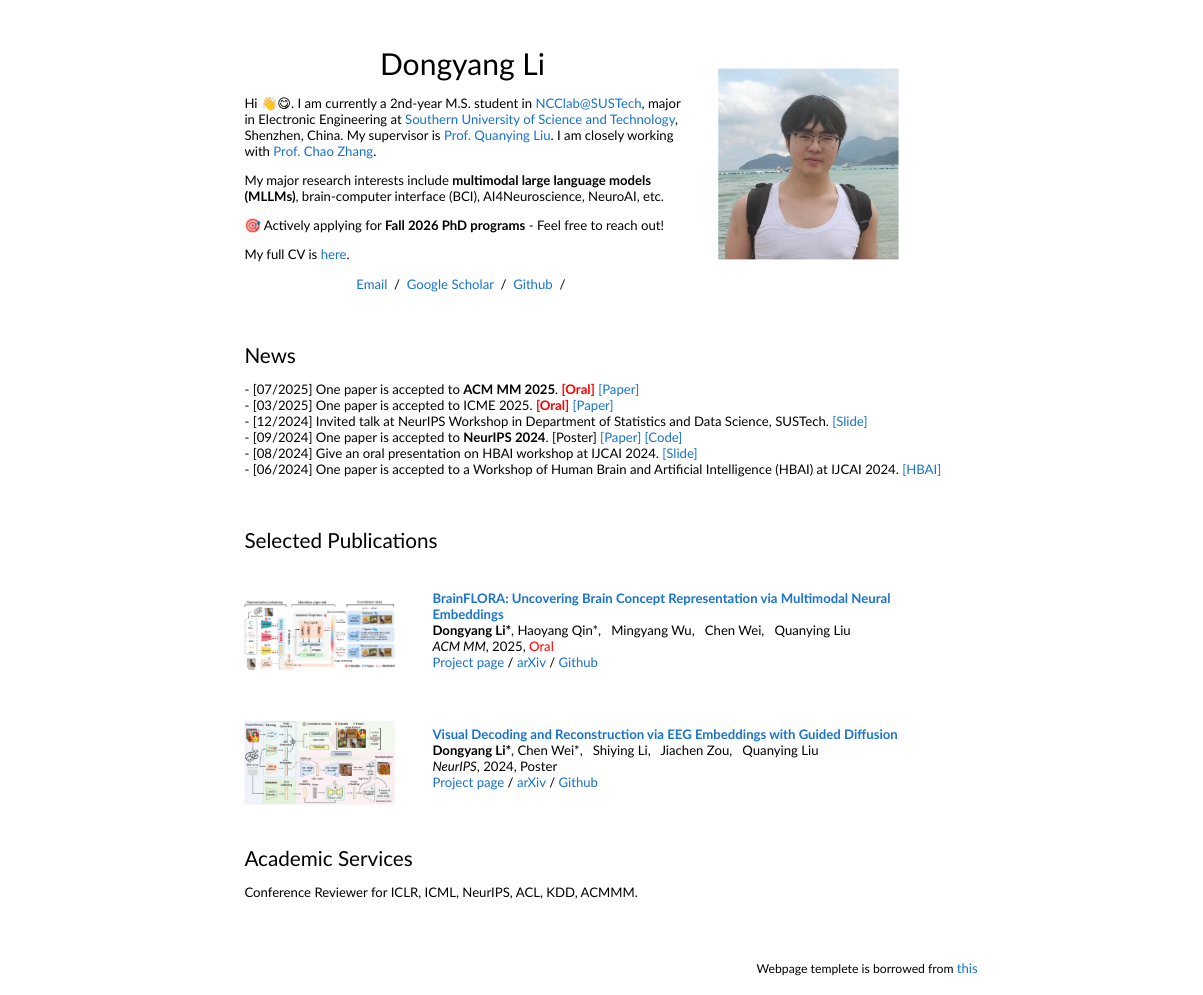
Repository: dongyangli-del/dongyangli-del.github.io
Page: index.html
An editor plug-in stored every save of this project. The page is shown before and after a run of saves, followed by the edit.
The browser window is 1280 px wide. The pictures show the whole page, at 94% of full size.

Above is the page before, as saved 2025-07-12 21:14:25.

### index.html
<!DOCTYPE HTML>
<html lang="en">
  <head>

    <meta http-equiv="Content-Type" content="text/html; charset=UTF-8">

    <title>Dongyang Li</title>

    <meta name="author" content="Dongyang Li">
    <meta name="viewport" content="width=device-width, initial-scale=1">

    <link rel="stylesheet" type="text/css" href="stylesheet.css">
    <link rel="icon" href="data:[embedded picture, 141 characters]">
  </head>

  <body>
    <!-- <div class="content">
      <table style="width:100%;border:0px;border-spacing:0px;border-collapse:separate;margin-right:auto;margin-left:auto;"><tbody>
        <tr style="padding:0px">
          <td style="padding:2.5%;width:63%;vertical-align:middle">
            <p class="name" style="text-align: center;">
              Dongyang Li
            </p>

            </p>
            <p>

            </p>
            <p style="text-align:center">
            </p>
          </td>
          <td style="padding:2.5%;width:40%;max-width:40%">
            <a href="myassets/profile.jpg"><img style="width:100%;max-width:100%" alt="profile photo" src="myassets/profile.jpg" class="hoverZoomLink"></a>
          </td>
        </tr>
      </tbody></table>
    </div> -->
    <table style="width:100%;max-width:800px;border:0px;border-spacing:0px;border-collapse:separate;margin-right:auto;margin-left:auto;"><tbody>
      <tr style="padding:0px">
        <td style="padding:0px">
          <table style="width:100%;border:0px;border-spacing:0px;border-collapse:separate;margin-right:auto;margin-left:auto;"><tbody>
            <tr style="padding:0px">
              <td style="padding:2.5%;width:63%;vertical-align:middle">
                <p class="name" style="text-align: center;">
                  Dongyang Li
                </p>
                <p>
                  Hi 👋😋.
                  I am currently a 2nd-year M.S. student in <a href="https://faculty.sustech.edu.cn/?tagid=liuqy&iscss=1&snapid=1&orderby=date&go=1">NCClab@SUSTech</a>, major in Electronic Engineering at <a href="https://www.sustech.edu.cn/en/">Southern University of Science and Technology</a>, Shenzhen, China.
                  My supervisor is <a href="https://www.sustech.edu.cn/zh/faculties/liuquanying.html">Prof. Quanying Liu</a>. I am closely working with <a href="https://mi.eng.cam.ac.uk/~cz277/">Prof. Chao Zhang</a>.
                </p>
                <p>
                  My major research interests include <strong>multimodal large language models (MLLMs)</strong>, brain-computer interface (BCI), AI4Neuroscience, NeuroAI, etc.
                </p>
                <p>🎯 Actively applying for <strong>Fall 2026 PhD programs</strong> - Feel free to reach out!</p>
                <p>
                  My full CV is <a href="https://dongyangli-del.github.io/files/Dongyang_Li_CV.pdf">here</a>.
                </p>
                <p style="text-align:center">
                  <a href="lidy2023@mail.sustech.edu.cn">Email</a> &nbsp;/&nbsp;
                  <a href="https://scholar.google.com/citations?user=4VTOeU4AAAAJ&hl=zh-CN&oi=ao">Google Scholar</a> &nbsp;/&nbsp;
                  <a href="https://github.com/dongyangli-del">Github</a> &nbsp;/&nbsp;
                  <!-- <a href="https://www.linkedin.com/in/yingqing-he-6b2859168/">LinkedIn</a> -->
                </p>
              </td>
              <td style="padding:2.5%;width:40%;max-width:40%">
                <a href="myassets/profile.jpg"><img style="width:75%;max-width:100%" alt="profile photo" src="myassets/profile.jpg" class="hoverZoomLink"></a>
              </td>
            </tr>
          </tbody></table>

          <table style="width:100%;border:0px;border-spacing:0px;border-collapse:separate;margin-right:auto;margin-left:auto;"><tbody>
            <tr>
            <td style="padding:20px;width:100%;vertical-align:middle">
              <h2>News</h2>
              <p>
                - [07/2025] One paper is accepted to <strong>ACM MM 2025</strong>. <span style="color: red; font-weight: bold;">[Oral]</span> <a href="https://arxiv.org/pdf/2410.23754">[Paper]</a><br>

                - [03/2025] One paper is accepted to ICME 2025. <span style="color: red; font-weight: bold;">[Oral]</span> <a href="https://arxiv.org/pdf/2410.23754">[Paper]</a><br>

                - [12/2024] Invited talk at NeurIPS Workshop in Department of Statistics and Data Science, SUSTech. <a href="https://dongyangli-del.github.io/files/DongyangLi-20241201.pdf">[Slide]</a><br>

                - [09/2024] One paper is accepted to <strong>NeurIPS 2024</strong>. [Poster] <a href="https://arxiv.org/abs/2403.07721">[Paper]</a> <a href="https://github.com/dongyangli-del/EEG_Image_decode">[Code]</a> <br>

                - [08/2024] Give an oral presentation on HBAI workshop at IJCAI 2024. <a href="https://dongyangli-del.github.io/files/HBAI_2024_DongyangLi.pdf">[Slide]</a><br>

                - [06/2024] One paper is accepted to a Workshop of Human Brain and Artificial Intelligence (HBAI) at IJCAI 2024. <a href="https://hbai2024.github.io/">[HBAI]</a><br>

                <!-- - [10/2024] <font style="color: #d07c22">Invited talk</font> at <a href="https://venue-tutorial.github.io/">ECCV 2024 VENUE (Recent Advances in Video Content Understanding and Generation) Tutorial</a>
                 on the topic of <i>"LLMs Meet image and video generation"</i>.
                 The slides are available at our <a href="https://github.com/YingqingHe/Awesome-LLMs-meet-Multimodal-Generation/blob/main/ECCV2024-VENUE-Tutorial-Slides-LLM-Meet-Image-and-Video-Generation.pdf">Github repo</a>.<br>
                - [08/2024] <font style="color: #d07c22">Invited talk</font> at <a href="https://hunyuan.tencent.com/">Tencent Hunyuan</a>
                 on the topic of <i>"LLMs Meet Multimodal Generation and Editing"</i><br>
                - [08/2024] 1 paper was accepted to <font style="color: #D8429E">ECCV 2024 AI4VA Workshop</font>.<br>
                - [07/2024] 1 paper was accepted to <font style="color: #D8429E">SIGGRAPH Asia 2024</font>.<br>
                - [07/2024] 1 paper was accepted to <font style="color: #D8429E">ECCV 2024</font>.<br>
                - [05/2024] We released a survey paper: <a href="https://arxiv.org/abs/2405.19334">LLMs Meet Multimodal Generation and Editing: A Survey</a>.<br>
                - [03/2024] <font style="color: #d07c22">Invited talk</font> at <a href="https://www.meituan.com/">Meituan</a> on the topic of <i>"Recent Advance of Text-to-Video Generation"</i>.<br>
                - [03/2024] 1 paper was accepted to <font style="color: #D8429E">CVPR 2024</font>.<br>
                - [02/2024] 1 paper was accepted to <font style="color: #D8429E">TVCG 2024</font>.<br>
                - [01/2024] 2 papers were accepted to <font style="color: #D8429E">ICLR 2024</font> (including 1 Spotlight paper).<br>
                - [12/2023] 1 paper was accepted to <font style="color: #D8429E">AAAI 2024</font>.<br>
                - [11/2023] Released <a href="https://arxiv.org/abs/2310.19512">VideoCrafter 1</a>.<br>
                - [08/2023] 1 paper was accepted to <font style="color: #D8429E">SIGGRAPH Asia 2023</font>.<br>
                - [06/2023] <font style="color: #d07c22">Invited talk</font> at <a href="https://sites.google.com/view/loveucvpr23/home">CVPR 2023 LOVEU Workshop</a> on the topic of <i>"Crafting Your Videos: From Unconditional to <br>
                  &nbsp; &nbsp; &nbsp;&nbsp; &nbsp; &nbsp;&nbsp; &nbsp; &nbsp;&nbsp; &nbsp; &nbsp;&nbsp; &nbsp; &nbsp;&nbsp;&nbsp;
                  Controllable Video Diffusion Models"</i>.<br>
                - [04/2023] Released <a href="https://github.com/AILab-CVC/VideoCrafter">VideoCrafter 0.9</a>.<br>
                - [08/2021] 1 paper was accepted to <font style="color: #D8429E">ACM MM 2021</font> as an <font style="color: #D8429E">Oral</font> paper.<br>  -->
              </p>
            </td>
            </tr>
          </tbody></table>
          <table style="width:100%;border:0px;border-spacing:0px;border-collapse:separate;margin-right:auto;margin-left:auto;"><tbody>

    <table style="width:100%;border:0px;border-spacing:0px;border-collapse:separate;margin-right:auto;margin-left:auto;">
      <tbody>
      <tr>
        <td style="padding:20px;width:100%;vertical-align:middle">
          <h2>Selected Publications</h2>
          <!-- <p>
            I'm interested in computer vision, generative models, image/video generation and editing.
          </p> -->
        </td>
      </tr>
      </tbody>
    </table>
    <table style="width:100%;border:0px;border-spacing:0px;border-collapse:separate;margin-right:auto;margin-left:auto;"><tbody>


      <!-- BrainFLORA -->
      <tr>
        <td style="padding:20px;width:25%;vertical-align:middle">
          <img src='myassets/BrainFLORA.png' width="100%">
        </td>
        <td style="padding:20px;width:75%;vertical-align:middle">
          <a href="https://github.com/dongyangli-del/BrainFLORA">
            <span class="papertitle">BrainFLORA: Uncovering Brain Concept Representation via Multimodal Neural Embeddings</span>
          </a>
          <br>
          <strong>Dongyang Li*</strong>,
          <font style="color:black;">Haoyang Qin*, </font> &nbsp;
          <font style="color: black;">Mingyang Wu, </font> &nbsp;
          <font style="color: black;">Chen Wei, </font> &nbsp;
          <font style="color: black;">Quanying Liu </font> &nbsp;
          <br>
          <em>ACM MM</em>, 2025, <font style="color:red;">Oral</font>
          <br>
          <a href="https://github.com/dongyangli-del/BrainFLORA">Project page</a> /
          <a href="https://arxiv.org/pdf/2403.07721">arXiv</a> /
          <a href="https://github.com/dongyangli-del/BrainFLORA">Github</a>
          <p></p>
          <p>
          </p>
        </td>
      </tr>


      <!-- EEG_Image_Decode -->
      <tr>
        <td style="padding:20px;width:25%;vertical-align:middle">
          <img src='myassets/EEG_Image_decode.png' width="100%">
        </td>
        <td style="padding:20px;width:75%;vertical-align:middle">
          <a href="https://github.com/dongyangli-del/EEG_Image_decode/">
            <span class="papertitle">Visual Decoding and Reconstruction via EEG Embeddings with Guided Diffusion</span>
          </a>
          <br>
          <strong>Dongyang Li*</strong>,
          <font style="color:black;">Chen Wei*, </font> &nbsp;
          <font style="color: black;">Shiying Li, </font> &nbsp;
          <font style="color: black;">Jiachen Zou, </font> &nbsp;
          <font style="color: black;">Quanying Liu </font> &nbsp;
          <br>
          <em>NeurIPS</em>, 2024, Poster
          <br>
          <a href="https://dongyangli-del.github.io/EEG_Image_Decode/">Project page</a> /
          <a href="https://arxiv.org/pdf/2403.07721">arXiv</a> /
          <a href="https://github.com/dongyangli-del/EEG_Image_decode">Github</a>
          <p></p>
          <p>
          </p>
        </td>
      </tr>



    <table style="width:100%;border:0px;border-spacing:0px;border-collapse:separate;margin-right:auto;margin-left:auto;"><tbody>
      <tr>
      <td style="padding:20px;width:100%;vertical-align:middle">
        <h2>Academic Services</h2>
        <p>
          Conference Reviewer for ICLR, ICML, NeurIPS, ACL, KDD, ACMMM.<br>
          <!-- Journal Reviewer for TPAMI, IJCV, ACM Computing Surveys. -->
        </p>
      </td>
    </tr>
    </tbody></table>
    <table style="width:100%;border:0px;border-spacing:0px;border-collapse:separate;margin-right:auto;margin-left:auto;"><tbody>

    <!-- </tbody></table>
          <table width="100%" align="center" border="0" cellspacing="0" cellpadding="20"><tbody>
            <tr>
              <td>
                <h2>Miscellanea</h2>
              </td>
            </tr>
          </tbody></table>
          <table width="100%" align="center" border="0" cellpadding="20"><tbody>

            <tr>
              <td style="padding:20px;width:25%;vertical-align:middle"><img src="images/cvf.jpg"></td>
              <td width="75%" valign="center">
                <a href="https://cvpr2023.thecvf.com/Conferences/2023/Organizers">Demo Chair, CVPR 2023</a>
          <br>
                <a href="https://cvpr2022.thecvf.com/area-chairs">Area Chair, CVPR 2022</a>
                <br>
                <a href="http://cvpr2021.thecvf.com/area-chairs">Area Chair & Longuet-Higgins Award Committee Member, CVPR 2021</a>
                <br>
                <a href="http://cvpr2019.thecvf.com/area_chairs">Area Chair, CVPR 2019</a>
                <br>
                <a href="http://cvpr2018.thecvf.com/organizers/area_chairs">Area Chair, CVPR 2018</a>
              </td>
            </tr>
            <tr>
              <td style="padding:20px;width:25%;vertical-align:middle">
                <img src="images/cs188.jpg" alt="cs188">
              </td>
              <td width="75%" valign="center">
                <a href="http://inst.eecs.berkeley.edu/~cs188/sp11/announcements.html">Graduate Student Instructor, CS188 Spring 2011</a>
                <br>
                <a href="http://inst.eecs.berkeley.edu/~cs188/fa10/announcements.html">Graduate Student Instructor, CS188 Fall 2010</a>
                <br>
                <a href="http://aima.cs.berkeley.edu/">Figures, "Artificial Intelligence: A Modern Approach", 3rd Edition</a>
              </td>
            </tr>


            <tr>
              <td align="center" style="padding:20px;width:25%;vertical-align:middle">
                <h2>Basically <br> Blog Posts</h2>
              </td>
              <td width="75%" valign="middle">
                <a href="https://arxiv.org/abs/2112.11687">Squareplus: A Softplus-Like Algebraic Rectifier</a>
                <br>
                <a href="https://arxiv.org/abs/2010.09714">A Convenient Generalization of Schlick's Bias and Gain Functions</a>
                <br>
                <a href="https://arxiv.org/abs/1704.07483">Continuously Differentiable Exponential Linear Units</a>
                <br>
                <a href="https://jonbarron.info/data/cvpr2023_llm_workshop_annotated.pdf">Scholars & Big Models: How Can Academics Adapt?</a>
              </td>
            </tr>
          </tbody></table> -->


          <table style="width:100%;border:0px;border-spacing:0px;border-collapse:separate;margin-right:auto;margin-left:auto;"><tbody>
            <tr>
              <td style="padding:0px">
                <br>
                <p style="text-align:right;font-size:small;">
                  <!-- Feel free to steal this website's <a href="https://github.com/jonbarron/jonbarron_website">source code</a>. <strong>Do not</strong> scrape the HTML from this page itself, as it includes analytics tags that you do not want on your own website &mdash; use the github code instead. Also, consider using <a href="https://leonidk.com/">Leonid Keselman</a>'s <a href="https://github.com/leonidk/new_website">Jekyll fork</a> of this page. -->
                  Webpage templete is borrowed from <a href="https://github.com/jonbarron/jonbarron_website">this</a>
                </p>
              </td>
            </tr>
          </tbody></table>
        </td>
      </tr>
    </table>
  </body>
</html>

### stylesheet.css
/* latin-ext */
.content {
  width: 1000px;
  padding: 25px 50px;
  margin: 25px auto;
  background-color: white;
  box-shadow: 0px 0px 10px #999;
  border-radius: 15px;
  font-family: "Google Sans";
}

@font-face {
  font-family: 'Lato';
  font-style: italic;
  font-weight: 400;
  src: local('Lato Italic'), local('Lato-Italic'), url(https://fonts.gstatic.com/s/lato/v15/S6u8w4BMUTPHjxsAUi-qNiXg7eU0.woff2) format('woff2');
  unicode-range: U+0100-024F, U+0259, U+1E00-1EFF, U+2020, U+20A0-20AB, U+20AD-20CF, U+2113, U+2C60-2C7F, U+A720-A7FF;
}
/* latin */
@font-face {
  font-family: 'Lato';
  font-style: italic;
  font-weight: 400;
  src: local('Lato Italic'), local('Lato-Italic'), url(https://fonts.gstatic.com/s/lato/v15/S6u8w4BMUTPHjxsAXC-qNiXg7Q.woff2) format('woff2');
  unicode-range: U+0000-00FF, U+0131, U+0152-0153, U+02BB-02BC, U+02C6, U+02DA, U+02DC, U+2000-206F, U+2074, U+20AC, U+2122, U+2191, U+2193, U+2212, U+2215, U+FEFF, U+FFFD;
}
/* latin-ext */
@font-face {
  font-family: 'Lato';
  font-style: italic;
  font-weight: 700;
  src: local('Lato Bold Italic'), local('Lato-BoldItalic'), url(https://fonts.gstatic.com/s/lato/v15/S6u_w4BMUTPHjxsI5wq_FQftx9897sxZ.woff2) format('woff2');
  unicode-range: U+0100-024F, U+0259, U+1E00-1EFF, U+2020, U+20A0-20AB, U+20AD-20CF, U+2113, U+2C60-2C7F, U+A720-A7FF;
}
/* latin */
@font-face {
  font-family: 'Lato';
  font-style: italic;
  font-weight: 700;
  src: local('Lato Bold Italic'), local('Lato-BoldItalic'), url(https://fonts.gstatic.com/s/lato/v15/S6u_w4BMUTPHjxsI5wq_Gwftx9897g.woff2) format('woff2');
  unicode-range: U+0000-00FF, U+0131, U+0152-0153, U+02BB-02BC, U+02C6, U+02DA, U+02DC, U+2000-206F, U+2074, U+20AC, U+2122, U+2191, U+2193, U+2212, U+2215, U+FEFF, U+FFFD;
}
/* latin-ext */
@font-face {
  font-family: 'Lato';
  font-style: normal;
  font-weight: 400;
  src: local('Lato Regular'), local('Lato-Regular'), url(https://fonts.gstatic.com/s/lato/v15/S6uyw4BMUTPHjxAwXiWtFCfQ7A.woff2) format('woff2');
  unicode-range: U+0100-024F, U+0259, U+1E00-1EFF, U+2020, U+20A0-20AB, U+20AD-20CF, U+2113, U+2C60-2C7F, U+A720-A7FF;
}
/* latin */
@font-face {
  font-family: 'Lato';
  font-style: normal;
  font-weight: 400;
  src: local('Lato Regular'), local('Lato-Regular'), url(https://fonts.gstatic.com/s/lato/v15/S6uyw4BMUTPHjx4wXiWtFCc.woff2) format('woff2');
  unicode-range: U+0000-00FF, U+0131, U+0152-0153, U+02BB-02BC, U+02C6, U+02DA, U+02DC, U+2000-206F, U+2074, U+20AC, U+2122, U+2191, U+2193, U+2212, U+2215, U+FEFF, U+FFFD;
}
/* latin-ext */
@font-face {
  font-family: 'Lato';
  font-style: normal;
  font-weight: 700;
  src: local('Lato Bold'), local('Lato-Bold'), url(https://fonts.gstatic.com/s/lato/v15/S6u9w4BMUTPHh6UVSwaPGQ3q5d0N7w.woff2) format('woff2');
  unicode-range: U+0100-024F, U+0259, U+1E00-1EFF, U+2020, U+20A0-20AB, U+20AD-20CF, U+2113, U+2C60-2C7F, U+A720-A7FF;
}
/* latin */
@font-face {
  font-family: 'Lato';
  font-style: normal;
  font-weight: 700;
  src: local('Lato Bold'), local('Lato-Bold'), url(https://fonts.gstatic.com/s/lato/v15/S6u9w4BMUTPHh6UVSwiPGQ3q5d0.woff2) format('woff2');
  unicode-range: U+0000-00FF, U+0131, U+0152-0153, U+02BB-02BC, U+02C6, U+02DA, U+02DC, U+2000-206F, U+2074, U+20AC, U+2122, U+2191, U+2193, U+2212, U+2215, U+FEFF, U+FFFD;
}

a {
  color: #1772d0;
  text-decoration: none;
}
/* a {
  color: #761478b2;
  text-decoration: none;
} */
a:focus,
a:hover {
  color: #f09228;
  text-decoration: none;
}

body,
td,
th,
tr,
/* tr {
  border-bottom: 1px solid rgb(183, 168, 192);
} */
p,
a {
  font-family: 'Lato', Verdana, Helvetica, sans-serif;
  font-size: 14px;
}

strong {
  font-family: 'Lato', Verdana, Helvetica, sans-serif;
  font-size: 14px;
}

h2 {
  margin: 0;
  font-weight: normal;
  font-family: 'Lato', Verdana, Helvetica, sans-serif;
  font-size: 22px;
}

.papertitle {
  font-family: 'Lato', Verdana, Helvetica, sans-serif;
  font-size: 14px;
  font-weight: 700;
}

.name {
  padding-top: 20px;
  margin: 0;
  font-family: 'Lato', Verdana, Helvetica, sans-serif;
  font-size: 32px;
}

.one {
  width: 200px;
  height: 200px;
  position: relative;

}

.two {
  width: 200px;
  height: 200px;
  position: absolute;
  transition: opacity .2s ease-in-out;
  -moz-transition: opacity .2s ease-in-out;
  -webkit-transition: opacity .2s ease-in-out;
}

.fade {
  transition: opacity .2s ease-in-out;
  -moz-transition: opacity .2s ease-in-out;
  -webkit-transition: opacity .2s ease-in-out;
}

span.highlight {
  background-color: #ffffd0;
}

After the next 2 saves:
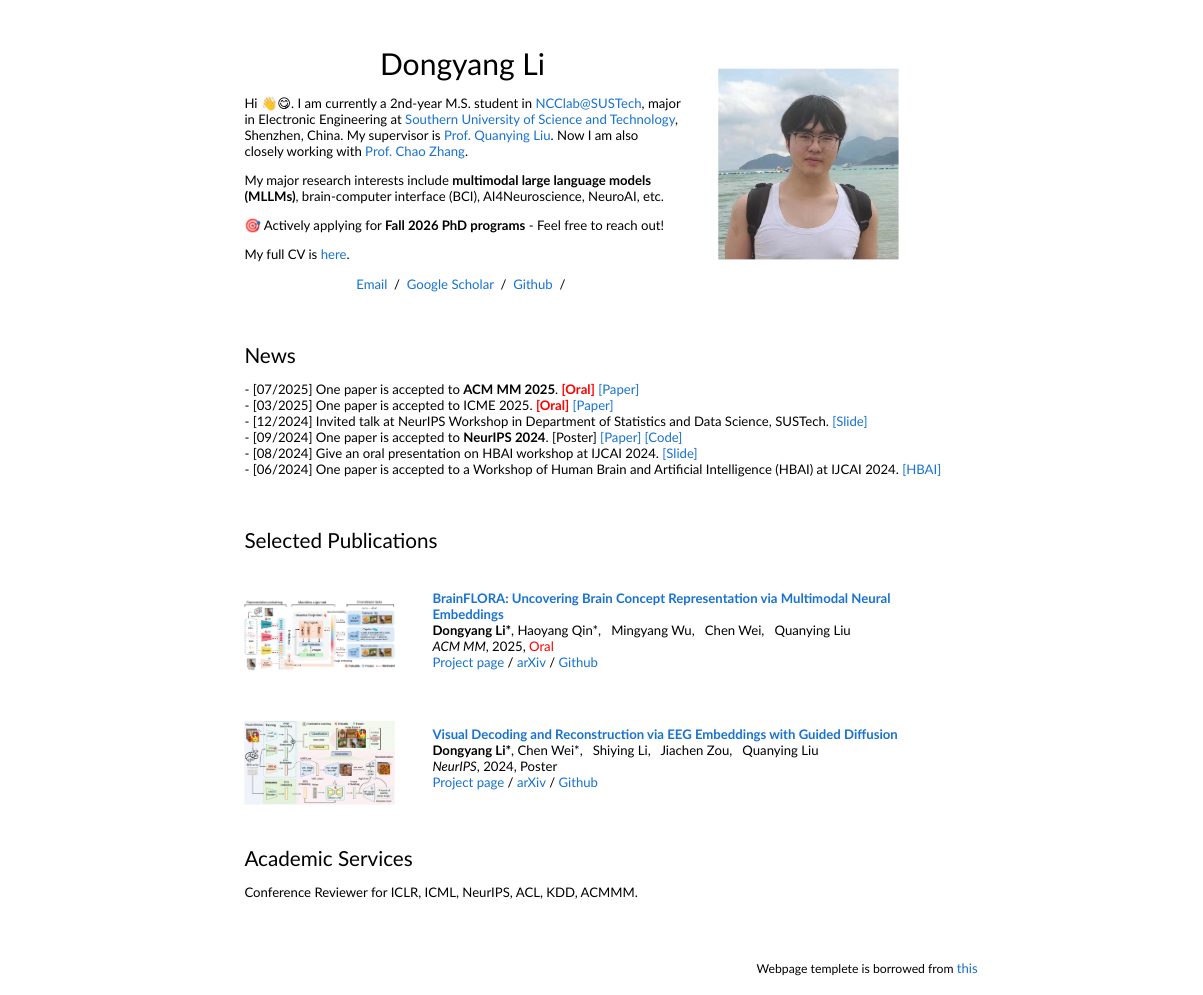
The 2 saves are shown as one change because they came seconds apart.
The last was saved 64 s later.
--- a/index.html
+++ b/index.html
@@ -47,7 +47,7 @@
                 <p>
                   Hi 👋😋.
                   I am currently a 2nd-year M.S. student in <a href="https://faculty.sustech.edu.cn/?tagid=liuqy&iscss=1&snapid=1&orderby=date&go=1">NCClab@SUSTech</a>, major in Electronic Engineering at <a href="https://www.sustech.edu.cn/en/">Southern University of Science and Technology</a>, Shenzhen, China.
-                  My supervisor is <a href="https://www.sustech.edu.cn/zh/faculties/liuquanying.html">Prof. Quanying Liu</a>. I am closely working with <a href="https://mi.eng.cam.ac.uk/~cz277/">Prof. Chao Zhang</a>.
+                  My supervisor is <a href="https://www.sustech.edu.cn/zh/faculties/liuquanying.html">Prof. Quanying Liu</a>. Now I am also closely working with <a href="https://mi.eng.cam.ac.uk/~cz277/">Prof. Chao Zhang</a>.
                 </p>
                 <p>
                   My major research interests include <strong>multimodal large language models (MLLMs)</strong>, brain-computer interface (BCI), AI4Neuroscience, NeuroAI, etc.
